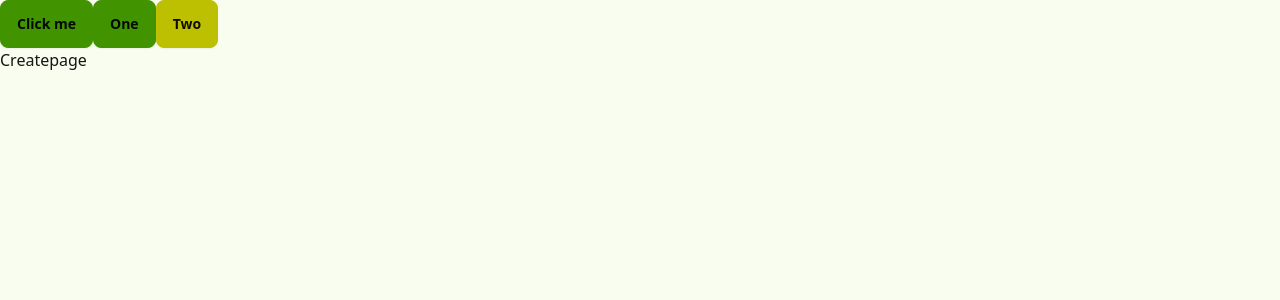
Repository: Harsha201105/ThinkBoard
Page: /create (app in frontend/)
An editor plug-in stored every save of this project. The page is shown before and after the next save, followed by the edit.
The browser window is 1280 px wide. The pictures show the whole page.
The project was rebuilt for these pictures with package versions that can differ from the ones it lists, and the page was loaded fresh each time. Also part of the build but not shown: frontend/vite.config.js, frontend/src/pages/HomePage.jsx, frontend/src/pages/NoteDetailPage.jsx.

Above is the page before, as saved 2025-09-06 10:02:37.

### frontend/src/main.jsx
import { StrictMode } from 'react'
import { createRoot } from 'react-dom/client'
import './index.css'
import App from './App.jsx'
import { BrowserRouter } from 'react-router-dom'
import {Toaster} from 'react-hot-toast'

createRoot(document.getElementById('root')).render(
  <StrictMode>
    <BrowserRouter>
      <App />
      <Toaster />
    </BrowserRouter>
  </StrictMode>
)

### frontend/src/App.jsx
import React from 'react'
import HomePage from './pages/HomePage.jsx'
import CreatePage from './pages/CreatePage.jsx'
import NoteDetailPage from './pages/NoteDetailPage.jsx'
import { Routes, Route } from 'react-router-dom'
import toast from 'react-hot-toast'

const App = () => {
  return (
    <div>
      <button onClick={()=>toast.success("Success")} className='btn btn-primary'>Click me</button>
      <button onClick={()=>toast.success("GOt it")}class="btn btn-primary">One</button>
      <button onClick={()=>toast.error("Cant work")}class="btn btn-secondary">Two</button>
      <Routes>
        <Route path="/" element={<HomePage />} />
        <Route path="/create" element={<CreatePage />} />
        <Route path="/note/:id" element={<NoteDetailPage />} />
      </Routes>
    </div>
  )
};

export default App

### frontend/src/pages/CreatePage.jsx
import React from 'react'

const CreatePage = () => {
  return (
    <div>
      Createpage
    </div>
  )
}

export default CreatePage

### frontend/tailwind.config.js
import daisyui from 'daisyui';

/** @type {import('tailwindcss').Config} */
export default {
  content: [
    "./index.html",
    "./src/**/*.{js,ts,jsx,tsx}",
  ],
  theme: {
    extend: {},
  },
  plugins: [daisyui],
  daisyui:{
    themes:["lemonade"]
  }
}

Loaded but not shown: frontend/index.html (common file); frontend/src/index.css (common file)

After the next save:
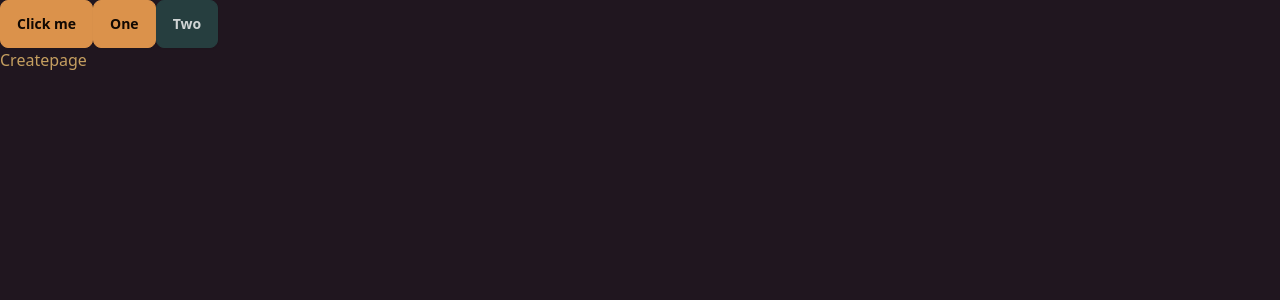
Saved 40 s later.
--- a/frontend/tailwind.config.js
+++ b/frontend/tailwind.config.js
@@ -11,6 +11,6 @@
   },
   plugins: [daisyui],
   daisyui:{
-    themes:["lemonade"]
+    themes:["coffee"]
   }
 }
